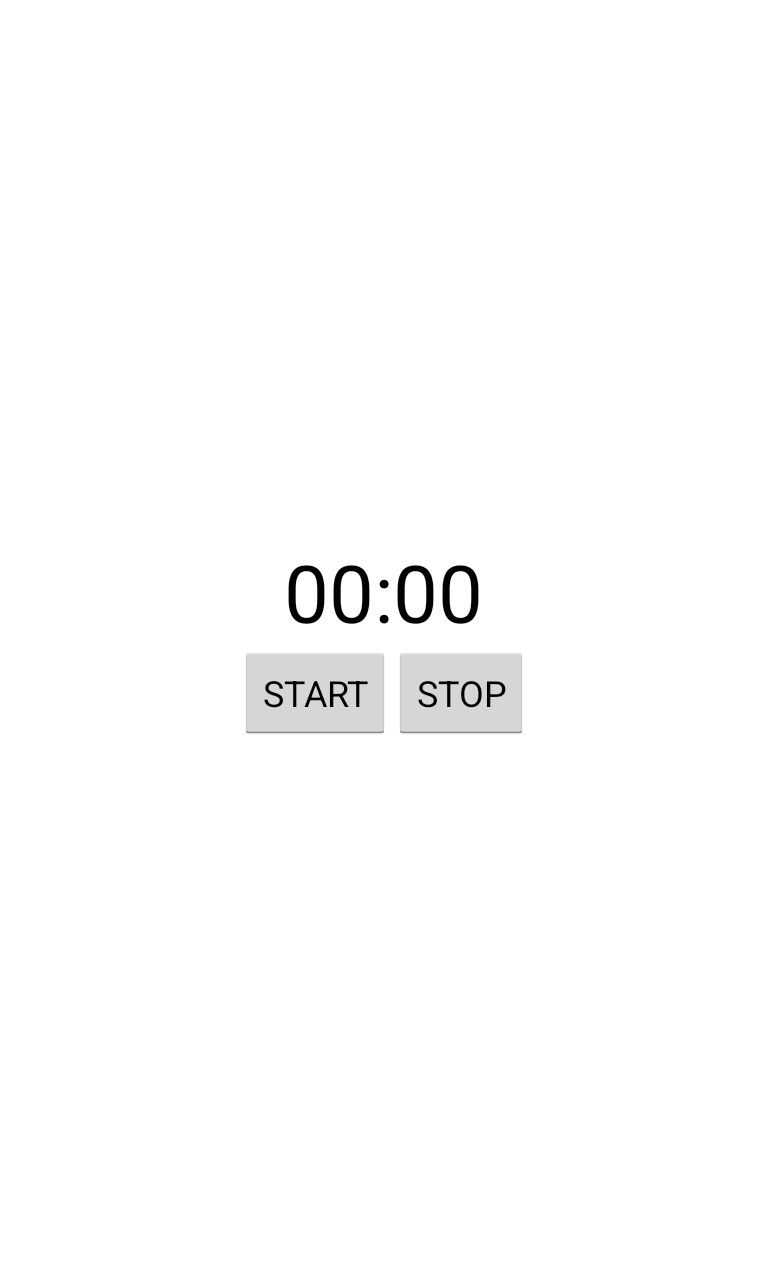
Repository: albertowusuasare/CustomStopWatch
Layout: CustomStopWatch/res/layout/activity_timer.xml
An editor plug-in stored every save of this project. The layout is shown before and after a run of saves, followed by the edit.
It is drawn on a 768 x 1280 px phone screen (xhdpi) without system bars, with theme AppTheme; the app's code is not run.

Above is the layout before, as saved 2014-09-25 02:50:51.

After the next 3 saves:
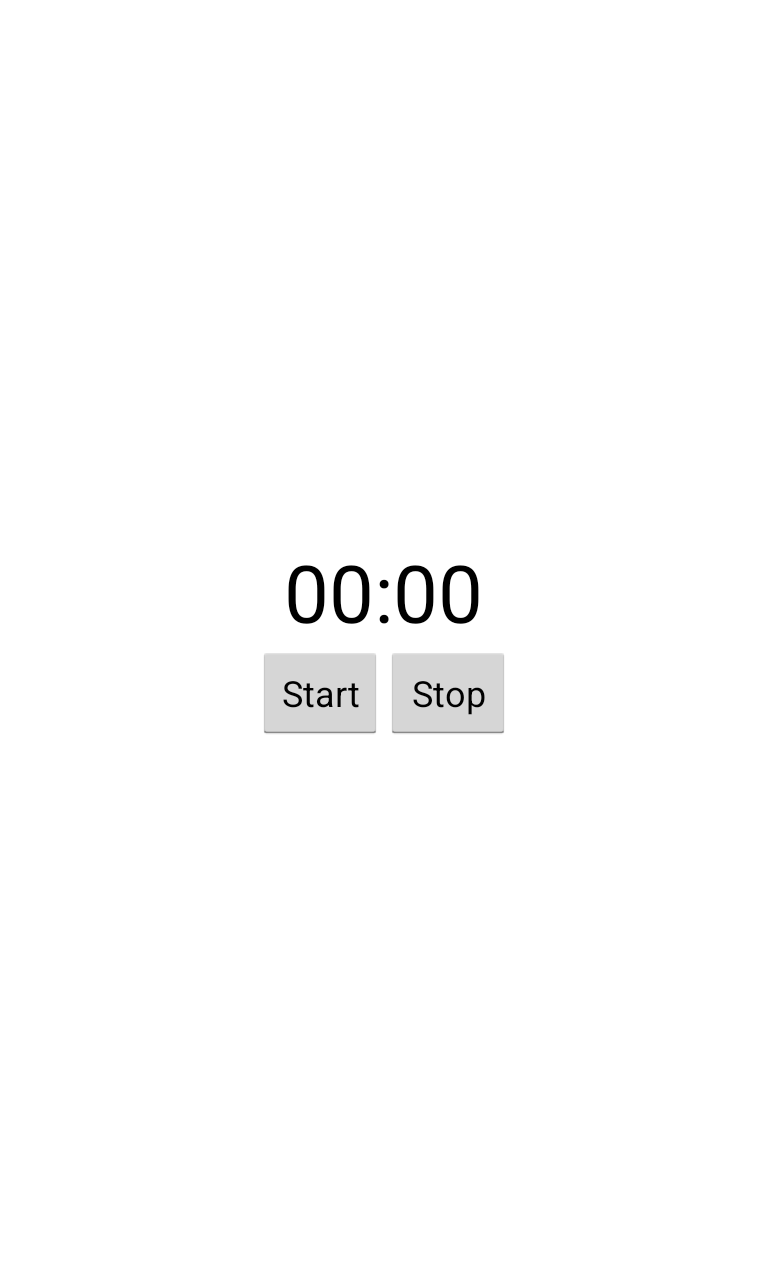
The 3 saves are shown as one change because 2 did not build or start.
The last was saved 2 min 38 s later.
--- a/CustomStopWatch/res/layout/activity_timer.xml
+++ b/CustomStopWatch/res/layout/activity_timer.xml
@@ -28,13 +28,15 @@
             android:id="@+id/start_button"
             android:layout_width="wrap_content"
             android:layout_height="wrap_content"
-            android:text="START" />
+            android:text="@string/StartButton"
+            />
 
         <Button
             android:id="@+id/stop_button"
             android:layout_width="wrap_content"
             android:layout_height="wrap_content"
-            android:text="STOP" />
+            android:text="@string/StopButton"
+            />
     </LinearLayout>
 
 
